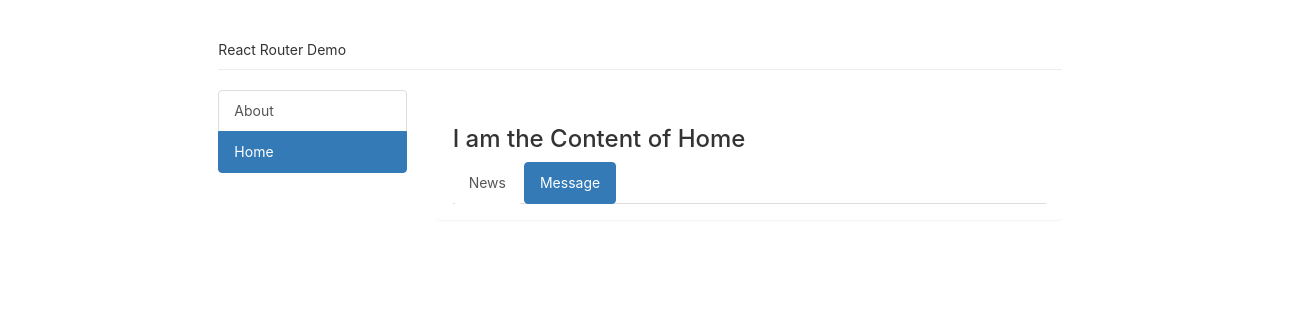
Repository: wenxi0504/Pubsub220113
Page: /home/message/message (app in githubsearch/)
These files come from the project's save history. The page is drawn as it stood at one moment and after the next save; the edit follows.
The browser window is 1280 px wide. The page is 1295 px wide, so the pictures cover 1295 px, including what lies to the right of the window. The pictures show the whole page.
The project was rebuilt for these pictures with package versions that can differ from the ones it lists, and the page was loaded fresh each time. Also part of the build but not shown: githubsearch/src/pages/Home/Message/Details/index.jsx, githubsearch/src/pages/About/index.js. Imported but missing from the stored project, and not drawn on this page: githubsearch/src/pages/Home/News/index.

Above is the page before, as saved 2022-01-17 22:06:04.

### githubsearch/public/index.html
<!DOCTYPE html>
<html lang="en">
  <head>
    <meta charset="utf-8" />
    <title>react staging</title>
    <link rel="icon" href="%PUBLIC_URL%/favicon.ico" />
    <link rel="stylesheet" href="./css/bootstrap.css" />
    <style>
      .atguigu {
        background-color: orange !important;
        color: white !important

      }
    </style>
  </head>
  <body>
    <noscript>You need to enable JavaScript to run this app.</noscript>
    <div id="root"></div>
  </body>
</html>

### githubsearch/src/index.js
import React from 'react';
import ReactDOM from 'react-dom';
import {BrowserRouter}from'react-router-dom';
import './index.css';
import App from './App';
import reportWebVitals from './reportWebVitals';

ReactDOM.render(
  <React.StrictMode>
    <BrowserRouter>
    <App />
    </BrowserRouter>

  </React.StrictMode>,
  document.getElementById('root')
);

// If you want to start measuring performance in your app, pass a function
// to log results (for example: reportWebVitals(console.log))
// or send to an analytics endpoint. Learn more: https://bit.ly/CRA-vitals
reportWebVitals();

### githubsearch/src/App.js
import React, { Component } from "react"
import{Route,Routes}from'react-router-dom'
import Home from './pages/Home'
import About from './pages/About'
import Header from './components/Header'
import MyNavLink from './components/MyNavLink'
export default class App extends Component {
  render() {
    return (
      <div>
        <div className="row">
          <div className="col-xs-offset-2 col-xs-8">
            <div className= "page-header">
              <Header a={1}/>
            </div>
          </div>
        </div>
        <div className="row">
          <div className="col-xs-2 col-xs-offset-2">
            <div className="list-group">
              {/* <a className="list-group-item" href="./about.html">
                About
              </a>
              <a className="list-group-item active" href="./home.html">
                Home
              </a> */}
              {/* using route to shift different components---write a route link */}
              <MyNavLink to="/about">About</MyNavLink>
              <MyNavLink to="/home">Home</MyNavLink>

            </div>
          </div>
          <div className="col-xs-6">
            <div className="panel">
              <div className="panel-body">
                {/* Register route */}
          <Routes>
                <Route path="/about" element={<About/>}/>
                <Route path="/home/*" element={<Home/>}/>
                </Routes>
              </div>
            </div>
          </div>
        </div>
      </div>
    );
  }
}

### githubsearch/src/pages/Home/index.js
import React, { Component } from "react";
import{Route,Routes,Navigate} from 'react-router-dom';
import News from "./News/index";
import Message from "./Message/index";
import MyNavLink from '../../components/MyNavLink/index'

export default class Home extends Component {
  render() {
    return (
      <div>
        <h3>I am the Content of Home</h3>
        <div>
          <ul className="nav nav-tabs">
            <li>
              <MyNavLink to ="/home/news">News</MyNavLink>
            </li>
            <li>
            <MyNavLink to ="/home/message">Message</MyNavLink>
            </li>
          </ul>
         {/* register route */}
         <Routes>
         <Route path="news" element={<News/>}/>
         <Route path="message" element={<Message/>}/>
         </Routes>

        </div>
      </div>
    );
  }
}

### githubsearch/src/components/Header/index.js
import React, { Component } from 'react'

export default class Header extends Component {
    render() {
        console.log('The props that Header component receive is? ',this.props)
        return (
            <div>
                React Router Demo
            </div>
        )
    }
}

### githubsearch/src/components/MyNavLink/index.js
import React, { Component } from 'react'
import {NavLink} from 'react-router-dom'

export default class MyNavLink extends Component {
    render() {
        //way 1
        // const{to,title}=this.props
        // return (
        //     <NavLink  activeClassName="atguigu"className="list-group-item" to={to}>{title}</NavLink>
        // )
        //way 2
        // const{title}=this.props
        // return (
        //     <NavLink  activeClassName="atguigu"className="list-group-item" {...this.props}>{title}</NavLink>
        // )
        //way3 tag body is also a special props
        const{title}=this.props
        return (
            <NavLink  activeClassName="atguigu"className="list-group-item" {...this.props} />
        )

    }
}

### githubsearch/src/pages/Home/Message/index.jsx
import React, { Component } from "react";
import {Link,Route,Routes} from "react-router-dom";
import Details from "./Details";

export default class Message extends Component {
  state = {
    messageArr: [
      { id: "01", title: "msg1" },
      { id: "02", title: "msg2" },
      { id: "03", title: "msg3" },
    ]
  }

  render() {
    const{messageArr}=this.state
    return (
      <div>
        <ul>
          {messageArr.map((msgObj) => {
            return (
              <li key={msgObj.id}>
                <Link to="/home/message/details">{msgObj.title}</Link>
              </li>
            );
          })}
        </ul>
        <hr/>
        {/* register route */}
        <Routes>
        <Route path="/home/message/details" element={<Details/>}></Route>
        </Routes>


      </div>
    );
  }
}

Loaded but not shown: githubsearch/src/index.css (common file); githubsearch/src/reportWebVitals.js (common file); githubsearch/public/css/bootstrap.css (library)

After the next save:
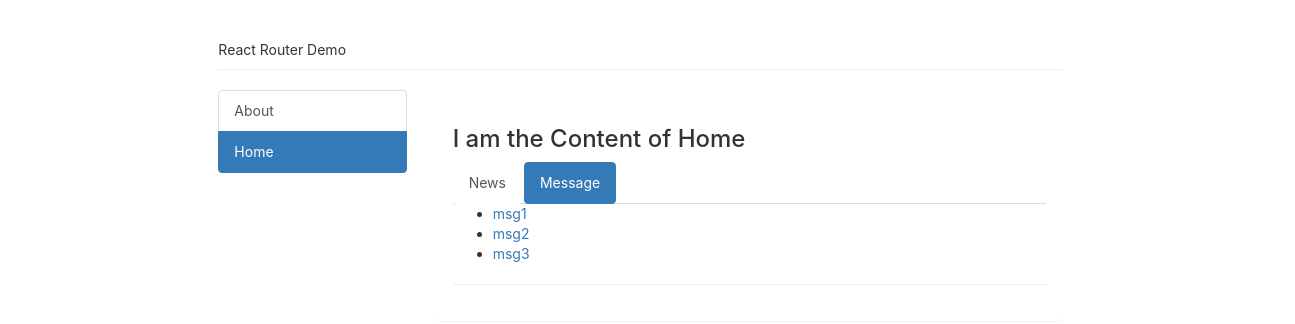
Saved 1 s later.
--- a/githubsearch/src/pages/Home/index.js
+++ b/githubsearch/src/pages/Home/index.js
@@ -21,7 +21,7 @@ export default class Home extends Component {
          {/* register route */}
          <Routes>
          <Route path="news" element={<News/>}/>
-         <Route path="message" element={<Message/>}/>
+         <Route path="message/*" element={<Message/>}/>
          </Routes>
 
         </div>
